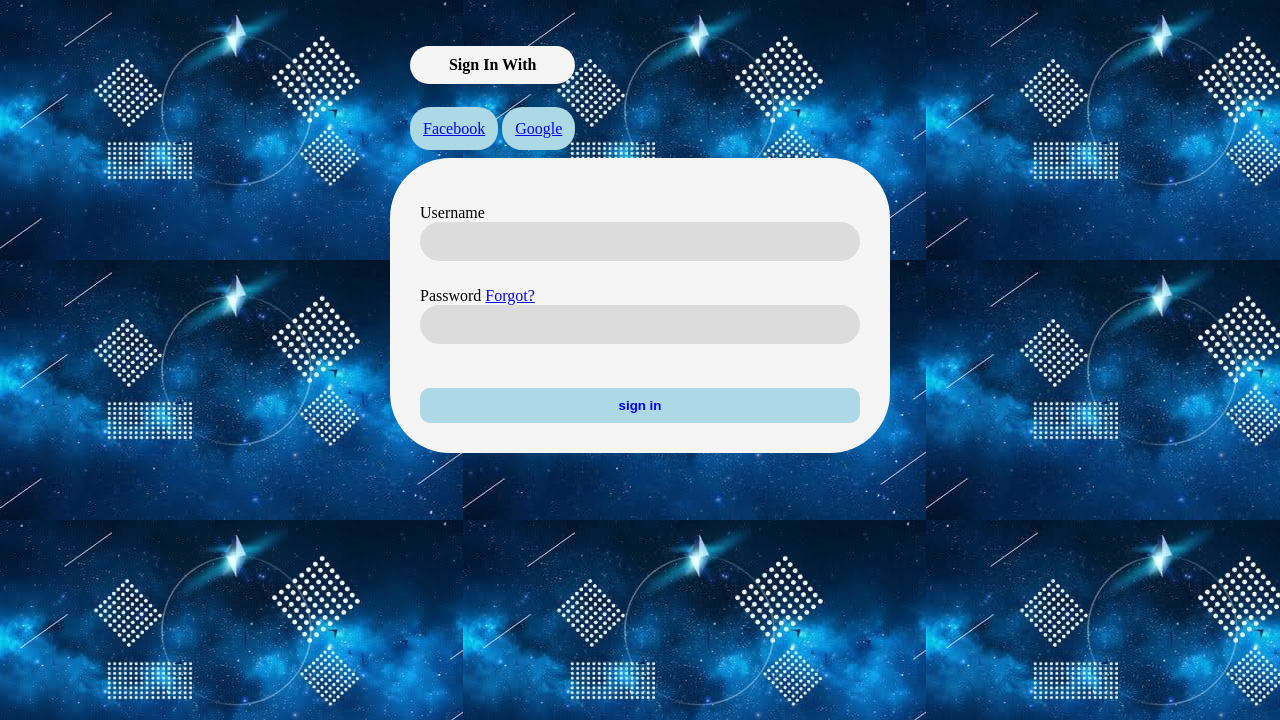
Repository: Tobby004/bdc-assignment-2
Page: index.html
The author's editor kept a copy of each file at every save. The page is drawn from the files as they stood at one save, then again after the next save.
The browser window is 1280 px wide. The pictures show the whole page.

Above is the page before, as saved 2023-02-11 23:33:51.

After the next save:
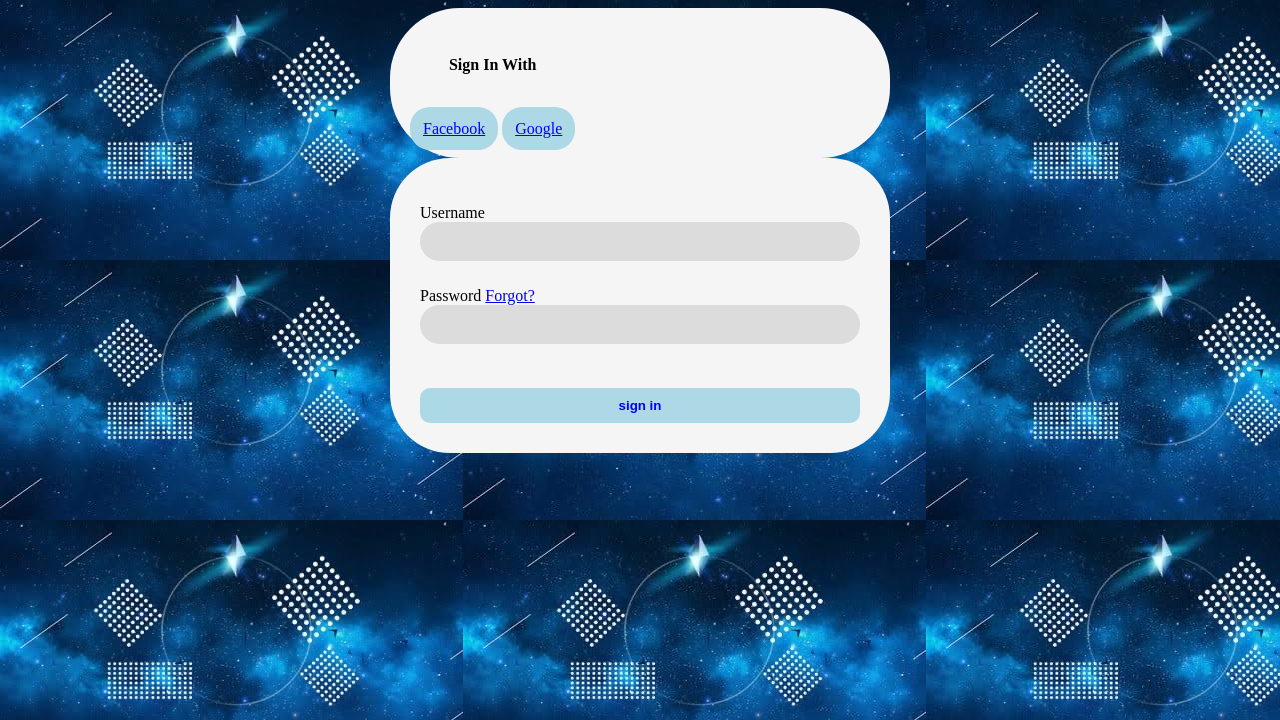
Saved 89 s later.
--- a/task.css
+++ b/task.css
@@ -5,8 +5,10 @@
 
     display: flex;
     padding: 20px;
+    background-color: whitesmoke;
     max-width: 500px;
     margin-left: auto;
+    border-radius: 70px;
     margin-right: auto;
     border: none;
 }
@@ -27,6 +29,7 @@
     display: flexbox;
     padding: 13px;
     color: blue;
+    background:white ;
     border-radius: 20px;
     background-color: lightblue;
     width: 200%;

After the save that followed:
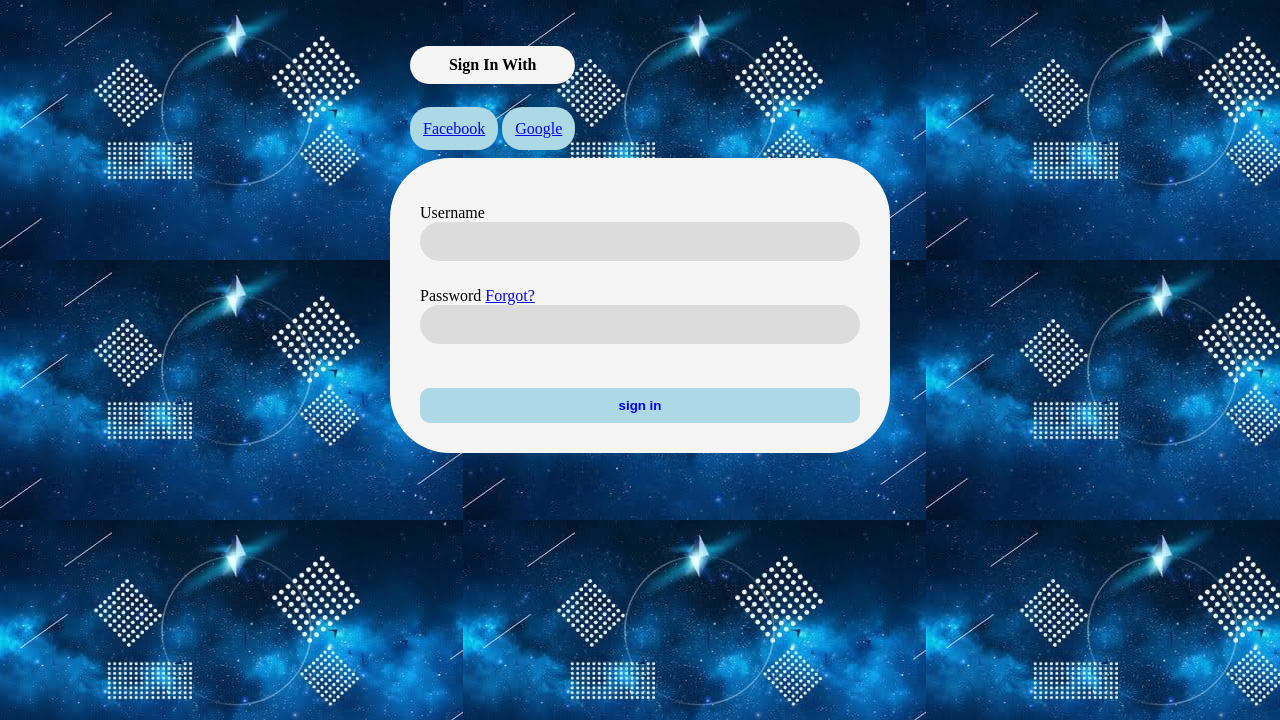
Saved 56 s later.
--- a/task.css
+++ b/task.css
@@ -5,10 +5,8 @@
 
     display: flex;
     padding: 20px;
-    background-color: whitesmoke;
     max-width: 500px;
     margin-left: auto;
-    border-radius: 70px;
     margin-right: auto;
     border: none;
 }
